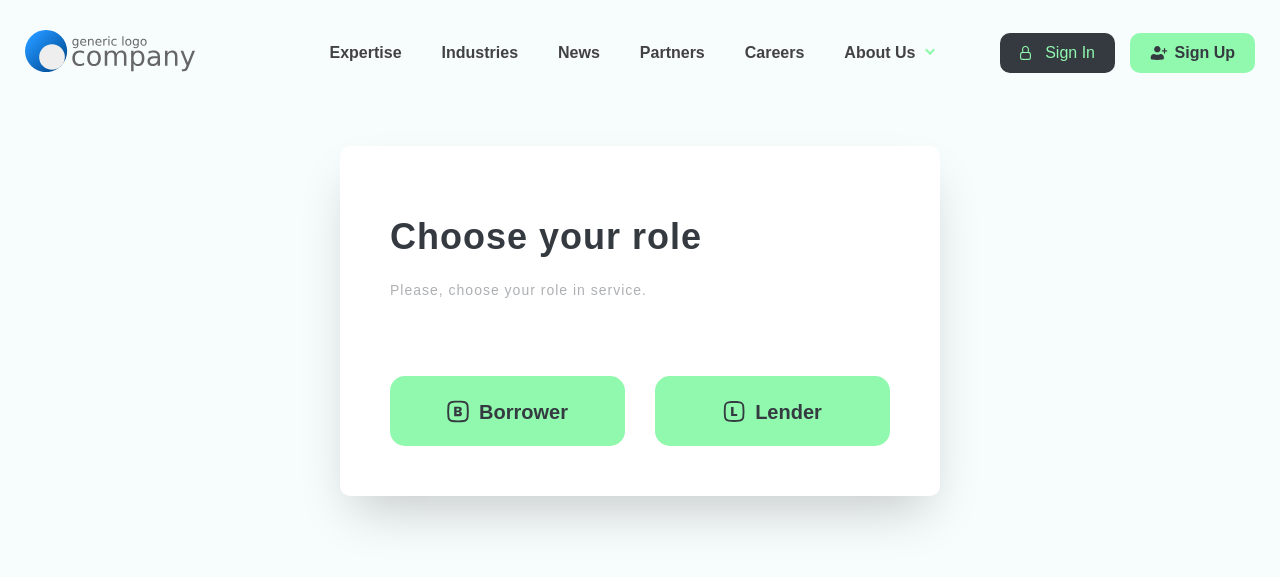
Repository: Andriy-Ma/widgetTask
Page: /
These files come from the project's save history. The page is drawn as it stood at one moment and after the next save; the edit follows.
The browser window is 1280 px wide. The pictures show the whole page.
The page's requests for data from a server got no answer. Some web fonts or font styles are not loaded; a fallback is used. The project was rebuilt for these pictures with package versions that can differ from the ones it lists, and the page was loaded fresh each time. No one was signed in, and anything a server would have sent is missing. Also part of the build but not shown: src/components/Main/SelectedRoleForm/selectedRoleForm.module.css, src/components/Main/SelectedRoleForm/selectedRoleForm.jsx, src/components/Main/AgreeForm/agreeForm.module.css, src/components/Main/AgreeForm/agreeForm.jsx.

Above is the page before, as saved 2022-08-30 16:02:55.

### public/index.html
<!DOCTYPE html>
<html lang="en">
  <head>
    <meta charset="utf-8" />
    <link rel="icon" href="%PUBLIC_URL%/favicon.ico" />
    <link rel="stylesheet" href="https://use.typekit.net/clw7fgu.css">
    <meta name="viewport" content="width=device-width, initial-scale=1">
    <link rel="stylesheet" href="https://cdnjs.cloudflare.com/ajax/libs/font-awesome/4.7.0/css/font-awesome.min.css">
    <meta name="theme-color" content="#000000" />
    <meta
      name="description"
      content="Web site created using create-react-app"
    />
    <link rel="apple-touch-icon" href="%PUBLIC_URL%/logo192.png" />
    <!--
      manifest.json provides metadata used when your web app is installed on a
      user's mobile device or desktop. See https://developers.google.com/web/fundamentals/web-app-manifest/
    -->
    <link rel="manifest" href="%PUBLIC_URL%/manifest.json" />
    <!--
      Notice the use of %PUBLIC_URL% in the tags above.
      It will be replaced with the URL of the `public` folder during the build.
      Only files inside the `public` folder can be referenced from the HTML.

      Unlike "/favicon.ico" or "favicon.ico", "%PUBLIC_URL%/favicon.ico" will
      work correctly both with client-side routing and a non-root public URL.
      Learn how to configure a non-root public URL by running `npm run build`.
    -->
    <title>React App</title>
  </head>
  <body>
    <noscript>You need to enable JavaScript to run this app.</noscript>
    <div id="root"></div>
    <!--
      This HTML file is a template.
      If you open it directly in the browser, you will see an empty page.

      You can add webfonts, meta tags, or analytics to this file.
      The build step will place the bundled scripts into the <body> tag.

      To begin the development, run `npm start` or `yarn start`.
      To create a production bundle, use `npm run build` or `yarn build`.
    -->
  </body>
</html>

### src/index.css
* {
  box-sizing: border-box;
  margin: 0;
  padding: 0;
}
body {
  font-family: 'Poppins', sans-serif;
  background-color: #f7fcfd;
  -webkit-font-smoothing: antialiased;
  -moz-osx-font-smoothing: grayscale;
}

### src/App.js
import React from 'react';
import styles from './App.module.css';
import Header from './components/Header/header';
import MainBlock from './components/Main/main';

function App() {
  return (
    <div className={styles.container}>
      <Header/>
      <MainBlock/>
    </div>
  );
}

export default App;

### src/App.module.css
.container {
    display: block;
    align-items: center;
    justify-content: center;
    padding-left: 15%;
    padding-right: 15%;
}

@media (max-width: 1800px) {
    .container {
        padding: 0% 10%;
    }
 }

@media (max-width: 1500px) {
    .container {
        padding: 0% 5%;
    }
 }
 @media (max-width: 1350px) {
    .container {
        padding: 0px 25px;
    }
 }
 @media (max-width: 1200px) {
    .container {
        padding: 0;
    }
 }

### src/components/Header/header.jsx
import React, { useState } from 'react';
import Icon from './img/logo-generic';
import {ReactComponent as Lock} from './img/lock.svg';
import {ReactComponent as SignUp} from './img/signup.svg';
import styles from './header.module.css';

function Header() {

  const [showMenu, setShowMenu] = useState(false);

  const changeShowMenu = () => {
    setShowMenu(!showMenu);
  };

  return (
    <div className={styles.header}>
        <div className={styles.logo}>
          <a href="#home">
            <Icon/>
          </a>
        </div>
        <div className={!showMenu ? styles.middleOfHeader : styles.middleOfHeaderResponsive}>
          <a href="#expertise">Expertise</a>
          <a href="#industries">Industries</a>
          <a href="#news">News</a>
          <a href="#partners">Partners</a>
          <a href="#careers">Careers</a>
          <a href="#aboutus" className={styles.aboutUs}>About Us</a>
        </div>
        <div className={styles.buttonsHeader}>
          <div className={styles.signin}>
            <Lock/>
            <p>Sign In</p>
          </div>
          <div className={styles.signup}>
            <SignUp/>
            <p>Sign Up</p>
          </div>
        </div>
        <p className={styles.icon} onClick={changeShowMenu}>
          <i className="fa fa-bars"></i>
        </p>
    </div>
  )
}

export default Header;

### src/components/Main/main.jsx
import React,{useState, useEffect} from 'react';
import styles from './main.module.css';
import ChooseForm from './ChooseForm/chooseForm';
import SelectedRoleForm from './SelectedRoleForm/selectedRoleForm';
import AgreeForm from './AgreeForm/agreeForm';

function MainBlock() {

  const [selectedRole, setSelectedRole] = useState('');
  const [showAgreeForm, setShowAgreeForm] = useState(false);
  const [initialText, setInitialText] = useState('');

  useEffect(() => {
    fetch('https://60c74df306f3160017d29000.mockapi.io/api/v1/tossource')
    .then((response) => {
      return response.json();
    })
    .then((data) => {
      const text = data.map(lorem => lorem.text);
      setInitialText(text[0]);
    });
  },[]);

  return (
    <div className={styles.container}>
        {
          !selectedRole ?
            <ChooseForm getRole={setSelectedRole}/>
          : showAgreeForm ?
            <AgreeForm
              showForm={setShowAgreeForm}
              text={initialText}
            />
          :
            <SelectedRoleForm
              role={selectedRole}
              getRole={setSelectedRole}
              showForm={setShowAgreeForm}
            />
        }
    </div>
  )
}

export default MainBlock;

### src/components/Header/img/logo-generic.jsx
import React from "react";

function Icon() {
  return (
    <svg
      xmlns="http://www.w3.org/2000/svg"
      version="1.1"
      viewBox="0 0 1425.8 353.74"
    >
      <defs>
        <linearGradient
          id="linearGradient5311"
          x1="-467.57"
          x2="-469.87"
          y1="-68.973"
          y2="488.43"
          gradientUnits="userSpaceOnUse"
        >
          <stop offset="0" stopColor="#2294fe"></stop>
          <stop offset="1" stopColor="#014f96"></stop>
        </linearGradient>
      </defs>
      <g transform="translate(364.43 8.482)">
        <g>
          <g fill="#666" transform="translate(-14.426 -21.336)">
            <path d="M145.49 192.37v19.095c-5.773-3.182-11.583-5.55-17.43-7.105a64.331 64.331 0 00-17.541-2.443c-13.248 0-23.536 4.22-30.863 12.657-7.327 8.363-10.991 20.13-10.991 35.304 0 15.172 3.663 26.977 10.991 35.415 7.327 8.363 17.615 12.545 30.863 12.545 5.92 0 11.768-.778 17.541-2.332 5.847-1.628 11.657-4.033 17.43-7.216v18.873a83.693 83.693 0 01-17.763 5.995c-6.07 1.332-12.545 1.998-19.428 1.998-18.725 0-33.601-5.884-44.629-17.652s-16.542-27.643-16.542-47.627c0-20.279 5.55-36.229 16.653-47.849 11.176-11.62 26.459-17.43 45.85-17.43 6.29 0 12.434.666 18.429 1.999a81.647 81.647 0 0117.43 5.772"></path>
            <path d="M228.98 201.92c-10.954 0-19.613 4.293-25.978 12.878-6.365 8.511-9.548 20.205-9.548 35.082 0 14.876 3.146 26.607 9.437 35.193 6.365 8.511 15.061 12.767 26.089 12.767 10.88 0 19.502-4.293 25.867-12.878 6.365-8.585 9.547-20.279 9.547-35.082 0-14.728-3.182-26.385-9.547-34.971-6.365-8.66-14.987-12.989-25.867-12.989m0-17.319c17.763 0 31.714 5.773 41.854 17.319s15.209 27.532 15.209 47.96c0 20.353-5.07 36.34-15.209 47.96-10.14 11.546-24.091 17.319-41.854 17.319-17.837 0-31.825-5.773-41.965-17.319-10.066-11.62-15.098-27.606-15.098-47.96 0-20.427 5.033-36.414 15.098-47.96 10.14-11.546 24.128-17.319 41.965-17.319"></path>
            <path d="M416.6 211.46c5.107-9.177 11.213-15.949 18.318-20.316 7.105-4.367 15.468-6.55 25.09-6.55 12.952 0 22.943 4.552 29.975 13.655 7.03 9.03 10.546 21.908 10.547 38.634v75.048h-20.538v-74.382c0-11.916-2.11-20.76-6.328-26.533-4.219-5.773-10.658-8.66-19.317-8.66-10.584 0-18.947 3.516-25.09 10.548-6.143 7.03-9.215 16.616-9.214 28.754v70.274h-20.538V237.55c0-11.99-2.11-20.834-6.328-26.533-4.22-5.773-10.732-8.66-19.54-8.66-10.435 0-18.724 3.553-24.867 10.658-6.143 7.031-9.215 16.58-9.215 28.643v70.274h-20.538v-124.34h20.538v19.317c4.663-7.623 10.251-13.248 16.764-16.875 6.513-3.626 14.247-5.44 23.203-5.44 9.03 0 16.69 2.295 22.981 6.883 6.365 4.59 11.065 11.25 14.099 19.983"></path>
            <path d="M560.7 293.28v65.945h-20.538v-171.63H560.7v18.873c4.293-7.401 9.695-12.878 16.209-16.431 6.587-3.627 14.432-5.44 23.536-5.44 15.098 0 27.347 5.995 36.747 17.985 9.473 11.99 14.21 27.755 14.21 47.294 0 19.54-4.737 35.304-14.21 47.294-9.4 11.99-21.649 17.985-36.747 17.985-9.104 0-16.949-1.776-23.536-5.329-6.513-3.626-11.916-9.14-16.209-16.542m69.497-43.408c0-15.024-3.109-26.792-9.326-35.304-6.143-8.585-14.617-12.878-25.423-12.878-10.806 0-19.317 4.293-25.534 12.878-6.143 8.512-9.214 20.28-9.214 35.304 0 15.024 3.071 26.83 9.214 35.415 6.217 8.512 14.728 12.767 25.534 12.767s19.28-4.255 25.423-12.767c6.217-8.585 9.326-20.39 9.326-35.415"></path>
            <path d="M741.77 249.43c-16.505 0-27.94 1.887-34.304 5.662-6.365 3.775-9.548 10.214-9.547 19.317 0 7.253 2.368 13.026 7.105 17.319 4.81 4.219 11.324 6.328 19.539 6.328 11.324 0 20.39-3.997 27.199-11.99 6.883-8.067 10.325-18.762 10.325-32.084v-4.552H741.77m40.744-8.437v70.94h-20.427V293.06c-4.663 7.549-10.473 13.137-17.43 16.764-6.958 3.552-15.47 5.329-25.534 5.329-12.73 0-22.87-3.553-30.42-10.658-7.475-7.18-11.212-16.764-11.212-28.754 0-13.988 4.662-24.535 13.988-31.64 9.4-7.106 23.388-10.658 41.965-10.658h28.643v-1.999c0-9.4-3.109-16.653-9.326-21.759-6.143-5.18-14.802-7.77-25.978-7.77-7.105 0-14.025.85-20.76 2.552-6.735 1.703-13.21 4.256-19.428 7.66v-18.872c7.475-2.887 14.728-5.033 21.76-6.44 7.03-1.48 13.876-2.22 20.537-2.22 17.985 0 31.418 4.663 40.3 13.988 8.88 9.326 13.321 23.462 13.321 42.41"></path>
            <path d="M928.5 236.89v75.048h-20.427v-74.382c0-11.768-2.295-20.575-6.883-26.422-4.589-5.847-11.472-8.77-20.65-8.77-11.027 0-19.723 3.515-26.088 10.547-6.365 7.03-9.548 16.616-9.548 28.754v70.274h-20.538v-124.34h20.538v19.317c4.885-7.476 10.621-13.063 17.208-16.764 6.661-3.7 14.321-5.551 22.981-5.551 14.284 0 25.09 4.44 32.417 13.322 7.327 8.807 10.991 21.797 10.991 38.967"></path>
            <path d="M1021.2 323.48c-5.773 14.802-11.398 24.461-16.875 28.976-5.477 4.515-12.804 6.772-21.981 6.772h-16.32v-17.097h11.99c5.625 0 9.992-1.332 13.1-3.996s6.55-8.956 10.325-18.873l3.664-9.326-50.291-122.34h21.648l38.856 97.252 38.856-97.252h21.648l-54.621 135.89"></path>
          </g>
          <g fill="#666" transform="translate(-416.34 -21.336)">
            <path d="M489.95 115.06c0-6.675-1.385-11.848-4.155-15.519-2.737-3.671-6.592-5.507-11.564-5.507-4.94 0-8.794 1.836-11.564 5.507-2.737 3.671-4.105 8.844-4.105 15.519 0 6.642 1.368 11.798 4.105 15.469 2.77 3.671 6.625 5.507 11.564 5.507 4.973 0 8.827-1.836 11.564-5.507 2.77-3.671 4.155-8.828 4.155-15.469m9.211 21.727c0 9.545-2.119 16.637-6.357 21.276-4.24 4.672-10.73 7.009-19.474 7.009-3.238 0-6.292-.25-9.162-.751a44.69 44.69 0 01-8.36-2.203v-8.961c2.703 1.468 5.373 2.553 8.01 3.254 2.636.7 5.323 1.051 8.06 1.051 6.04 0 10.563-1.585 13.567-4.756 3.004-3.137 4.505-7.893 4.505-14.268v-4.555c-1.902 3.304-4.338 5.774-7.309 7.409-2.97 1.635-6.524 2.453-10.663 2.453-6.875 0-12.415-2.62-16.62-7.86-4.206-5.24-6.308-12.182-6.308-20.826 0-8.677 2.102-15.636 6.307-20.876 4.206-5.24 9.746-7.86 16.621-7.86 4.139 0 7.693.818 10.663 2.454 2.97 1.635 5.407 4.105 7.31 7.409v-8.51h9.21v49.11"></path>
            <path d="M566.09 113.41v4.506h-42.352c.4 6.34 2.303 11.18 5.707 14.518 3.438 3.304 8.21 4.956 14.318 4.956 3.538 0 6.959-.434 10.263-1.302 3.337-.868 6.642-2.17 9.912-3.905v8.711a55.24 55.24 0 01-10.163 3.204 50.9 50.9 0 01-10.563 1.102c-8.944 0-16.037-2.604-21.276-7.81-5.206-5.207-7.81-12.248-7.81-21.126 0-9.178 2.47-16.454 7.41-21.827 4.973-5.407 11.664-8.11 20.075-8.11 7.542 0 13.5 2.436 17.872 7.309 4.405 4.84 6.608 11.43 6.608 19.774m-9.211-2.703c-.067-5.04-1.486-9.062-4.256-12.065-2.736-3.004-6.374-4.506-10.914-4.506-5.14 0-9.261 1.452-12.365 4.355-3.07 2.904-4.839 6.992-5.306 12.265l32.84-.05"></path>
            <path d="M627.62 109.9v33.842h-9.211v-33.541c0-5.306-1.035-9.278-3.104-11.915-2.07-2.636-5.173-3.955-9.312-3.955-4.973 0-8.894 1.585-11.765 4.756-2.87 3.17-4.305 7.493-4.305 12.966v31.689h-9.261V87.673h9.261v8.71c2.203-3.37 4.79-5.89 7.76-7.558 3.003-1.67 6.458-2.503 10.363-2.504 6.44 0 11.314 2.003 14.618 6.008 3.304 3.971 4.956 9.829 4.956 17.572"></path>
            <path d="M694.05 113.41v4.506h-42.352c.4 6.34 2.303 11.18 5.707 14.518 3.438 3.304 8.21 4.956 14.318 4.956 3.538 0 6.959-.434 10.263-1.302 3.337-.868 6.642-2.17 9.912-3.905v8.711a55.24 55.24 0 01-10.163 3.204 50.9 50.9 0 01-10.563 1.102c-8.944 0-16.037-2.604-21.276-7.81-5.206-5.207-7.81-12.248-7.81-21.126 0-9.178 2.47-16.454 7.41-21.827 4.973-5.407 11.664-8.11 20.075-8.11 7.543 0 13.5 2.436 17.872 7.309 4.405 4.84 6.608 11.43 6.608 19.774m-9.211-2.703c-.067-5.04-1.486-9.062-4.256-12.065-2.736-3.004-6.374-4.506-10.913-4.506-5.14 0-9.261 1.452-12.365 4.355-3.07 2.904-4.839 6.992-5.306 12.265l32.84-.05"></path>
            <path d="M741.46 96.286a11.624 11.624 0 00-3.404-1.302c-1.202-.3-2.537-.45-4.005-.45-5.207 0-9.212 1.702-12.015 5.106-2.77 3.371-4.155 8.227-4.155 14.568v29.537h-9.262V87.676h9.262v8.71c1.935-3.403 4.455-5.923 7.56-7.558 3.103-1.67 6.874-2.503 11.313-2.503.634 0 1.335.05 2.103.15.767.067 1.618.183 2.553.35l.05 9.462"></path>
            <path d="M751.22 87.676h9.211v56.069h-9.211V87.676m0-21.827h9.211v11.664h-9.211V65.849"></path>
            <path d="M820.01 89.828v8.61c-2.603-1.434-5.223-2.502-7.86-3.203a29.012 29.012 0 00-7.91-1.102c-5.974 0-10.613 1.903-13.917 5.707-3.304 3.772-4.956 9.078-4.956 15.92 0 6.842 1.652 12.165 4.957 15.97 3.304 3.772 7.943 5.657 13.917 5.657 2.67 0 5.306-.35 7.91-1.051 2.636-.734 5.256-1.819 7.859-3.254v8.51a37.736 37.736 0 01-8.01 2.704c-2.737.6-5.657.9-8.76.9-8.445 0-15.153-2.652-20.126-7.959-4.973-5.306-7.459-12.465-7.459-21.477 0-9.144 2.503-16.337 7.51-21.577 5.039-5.24 11.93-7.86 20.675-7.86 2.837 0 5.607.3 8.31.902a36.82 36.82 0 017.86 2.603"></path>
            <path d="M868.57 65.849h9.211v77.896h-9.211V65.849"></path>
            <path d="M918.73 94.134c-4.94 0-8.844 1.936-11.714 5.807-2.87 3.838-4.305 9.111-4.305 15.82s1.418 11.998 4.255 15.87c2.87 3.838 6.792 5.757 11.765 5.757 4.906 0 8.794-1.935 11.664-5.807 2.87-3.871 4.305-9.144 4.305-15.82 0-6.641-1.435-11.898-4.305-15.769-2.87-3.905-6.758-5.857-11.664-5.857m0-7.81c8.01 0 14.301 2.604 18.873 7.81 4.572 5.206 6.858 12.415 6.859 21.627 0 9.178-2.287 16.387-6.859 21.627-4.572 5.206-10.863 7.81-18.873 7.81-8.043 0-14.351-2.604-18.923-7.81-4.539-5.24-6.808-12.45-6.808-21.627 0-9.211 2.27-16.42 6.808-21.627 4.572-5.206 10.88-7.81 18.923-7.81"></path>
            <path d="M996.58 115.06c0-6.675-1.385-11.848-4.155-15.519-2.737-3.671-6.592-5.507-11.564-5.507-4.94 0-8.794 1.836-11.564 5.507-2.737 3.671-4.105 8.844-4.105 15.519 0 6.642 1.368 11.798 4.105 15.469 2.77 3.671 6.625 5.507 11.564 5.507 4.973 0 8.828-1.836 11.564-5.507 2.77-3.671 4.155-8.828 4.155-15.469m9.211 21.727c0 9.545-2.119 16.637-6.357 21.276-4.24 4.672-10.73 7.009-19.474 7.009-3.238 0-6.292-.25-9.162-.751a44.69 44.69 0 01-8.36-2.203v-8.961c2.703 1.468 5.373 2.553 8.01 3.254 2.636.7 5.323 1.051 8.06 1.051 6.04 0 10.563-1.585 13.567-4.756 3.003-3.137 4.505-7.893 4.505-14.268v-4.555c-1.902 3.304-4.338 5.774-7.309 7.409-2.97 1.635-6.524 2.453-10.663 2.453-6.875 0-12.415-2.62-16.62-7.86-4.206-5.24-6.308-12.182-6.308-20.826 0-8.677 2.102-15.636 6.307-20.876 4.206-5.24 9.746-7.86 16.621-7.86 4.139 0 7.693.818 10.663 2.454 2.97 1.635 5.407 4.105 7.31 7.409v-8.51h9.21v49.11"></path>
            <path d="M1046.5 94.134c-4.94 0-8.844 1.936-11.714 5.807-2.87 3.838-4.305 9.111-4.305 15.82s1.418 11.998 4.255 15.87c2.87 3.838 6.792 5.757 11.765 5.757 4.906 0 8.794-1.935 11.664-5.807 2.87-3.871 4.305-9.144 4.305-15.82 0-6.641-1.435-11.898-4.305-15.769-2.87-3.905-6.758-5.857-11.664-5.857m0-7.81c8.01 0 14.3 2.604 18.873 7.81 4.572 5.206 6.858 12.415 6.858 21.627 0 9.178-2.286 16.387-6.858 21.627-4.572 5.206-10.864 7.81-18.873 7.81-8.043 0-14.351-2.604-18.924-7.81-4.539-5.24-6.808-12.45-6.808-21.627 0-9.211 2.269-16.42 6.808-21.627 4.572-5.206 10.88-7.81 18.924-7.81"></path>
          </g>
          <g transform="rotate(-45 269.773 885.347) scale(.61927)">
            <path
              fill="url(#linearGradient5311)"
              d="M-184.26 202.82c0 157.74-127.87 285.61-285.61 285.61s-285.61-127.87-285.61-285.61S-627.61-82.79-469.87-82.79s285.61 127.87 285.61 285.61z"
              transform="translate(1202 -114.01)"
            ></path>
            <path
              fill="#eee"
              d="M-184.26 202.82c0 157.74-127.87 285.61-285.61 285.61s-285.61-127.87-285.61-285.61S-627.61-82.79-469.87-82.79s285.61 127.87 285.61 285.61z"
              transform="translate(1018.2 79.03) scale(.60887)"
            ></path>
          </g>
        </g>
      </g>
    </svg>
  );
}

export default Icon;

### src/components/Header/header.module.css
.logo {
    display: block;
    min-width: 170px;
}
.header {
    display: flex;
    justify-content: space-between;
    align-items: center;
    padding-top: 30px;
}
.middleOfHeader {
    display: flex;
    justify-content: space-between;
    align-items: center;
    text-decoration: none;
}
.middleOfHeader a {
    display: block;
    color: #424242;
    text-align: center;
    padding: 0px 25px;
    text-decoration: none;
    font-size: 16px;
    font-weight: 600;
}
.icon{
    display: none;
    transform: scale(1.5);
}
.middleOfHeader a:hover {
    color: #1b1a1a;
}
.aboutUs{
    position: relative;
}
.aboutUs::after{
    content: '';
    border-left: 2px solid #90F9AD;
    border-top: 2px solid #90F9AD;
    width: 5px;
    height: 5px;
    float: right;
    transform: translate(50%, -50%) rotate(-135deg);
    position: absolute;
    top: 6px;
    right: 10px;
}
.buttonsHeader {
    display: flex;
    justify-content: space-between;
    align-items: center;
}
.buttonsHeader:hover {
    cursor: pointer;
}
.signin {
    display: flex;
    justify-content: space-between;
    align-items: center;
    color: #90F9AD;
    background-color: #343A40;
    font-weight: 500;
    padding: 0px 20px;
    border-radius: 10px;
    width: 115px;
    height: 40px;
    margin-right: 15px;
}
.signin:hover {
    background-color: #252a2e;
}
.signup {
    display: flex;
    justify-content: space-between;
    align-items: center;
    color: #343A40;
    background-color: #90F9AD;
    font-weight: 600;
    padding: 0px 20px;
    border-radius: 10px;
    width: 125px;
    height: 40px;
}
.signup:hover {
    background-color: #3df370;
}
@media screen and (max-width: 1300px) {
    .middleOfHeader {
        margin-left: 50px;
    }
    .middleOfHeader a {
        padding: 0px 20px;
    }
    .aboutUs::after{
        right: 5px;
    }
 }

 @media screen and (max-width: 1200px) {
    .middleOfHeader a {display: none;}
    .buttonsHeader{
        display: none;
    }
    .header {
        padding-top: 30px;
        background-color: #56d85f31;
        padding: 30px 15%;
    }
    .icon{
        display: block;
        color: #343A40;
    }
    .icon:hover {
        cursor: pointer;
    }
  }
@media screen and (max-width: 1200px) {
    .middleOfHeaderResponsive {
        position: absolute;
        z-index: 99;
        width: 100%;
        top:106px;
        left: 0;
        height: calc(100vh - 107px);
        background-color: #72e47a;
        display: flex;
        flex-direction: column;
        justify-content: center;
    }
    .middleOfHeaderResponsive a {
      display: block;
      color: #424242;
      text-align: center;
      padding: 25px 25px;
      text-decoration: none;
      font-size: 22px;
      font-weight: 600;
      border-bottom: solid 1px #1085319f;
    }
    .middleOfHeaderResponsive a:first-child {
        border-top: solid 1px #10853194;
    }
    .middleOfHeaderResponsive a:hover {
        background-color: #2cc756ba;
    }
  }

### src/components/Main/main.module.css
.container{
    width: 100%;
    display: flex;
    justify-content: center;
}

### src/components/Main/ChooseForm/chooseForm.jsx
import React from 'react';
import styles from './chooseForm.module.css';
import {ReactComponent as Borrower} from '../img/borrower.svg';
import {ReactComponent as Lender} from '../img/lender.svg';

const roles = ['Borrower', 'Lender'];

function ChooseForm({getRole}) {

  return (
    <>
    <div className={styles.form}>
      <div>
        <p className={styles.mainText}>Choose your role</p>
        <p className={styles.underText}>Please, choose your role in service.</p>
      </div>
      <div className={styles.buttonsChooseForm}>
      {
        roles.map(role =>
            <div className={styles.role} key={role} onClick={() => getRole(role)}>
              {role === 'Borrower' ? <Borrower/> : <Lender/>}
              <p className={styles.buttonText}>{role}</p>
            </div>
        )
      }
      </div>
    </div>

    </>
  )
}

export default ChooseForm;

### src/components/Main/ChooseForm/chooseForm.module.css
.form{
    width: 600px;
    height: 350px;
    padding: 50px;
    background-color: #fff;
    margin-top: 70px;
    border-radius: 10px;
    box-shadow: 0px 25px 49px -12px rgba(0,0,0,0.2);
    display: flex;
    flex-direction: column;
    justify-content: space-between;
}
.agreeForm{
    width: 600px;
    height: 700px;
    padding: 50px;
    background-color: #fff;
    margin-top: 70px;
    border-radius: 10px;
    box-shadow: 0px 25px 49px -12px rgba(0,0,0,0.2);
    display: flex;
    flex-direction: column;
    position: relative;
}
.mainText{
    margin-top: 20px;
    font-size: 36px;
    font-weight: 800;
    color: #343A40;
    letter-spacing: 1px;
}
.underText{
    margin-top: 20px;
    font-size: 14px;
    font-weight: 500;
    color: #343A40;
    opacity: .4;
    letter-spacing: 1px;
    line-height: 25px;
}
.buttonsChooseForm {
    display: flex;
    justify-content: space-between;
    align-items: center;
    font-size: 20px;
}
.buttonsChooseForm:hover {
    cursor: pointer;
}
.role {
    display: flex;
    justify-content: center;
    align-items: center;
    color: #343A40;
    background-color: #90F9AD;
    font-weight: 800;
    padding: 0px 20px;
    border-radius: 15px;
    width: 47%;
    height: 70px;
}
.role:hover {
    background-color: #3df370;
}
.buttonText{
    padding-top: 3px;
    padding-left: 10px;
}
.check {
    display: flex;
    justify-content: center;
    align-items: center;
    color: #fff;
    background-color: #343A40;
    opacity: .2;
    font-weight: 800;
    padding: 0px 15px;
    margin-top: 50px;
    border-radius: 15px;
    width: 30%;
    height: 60px;
}
.check:hover {
    background-color: #3df370;
}
.checkActive {
    display: flex;
    justify-content: center;
    align-items: center;
    color: #343A40;
    background-color: #90F9AD;
    font-weight: 800;
    padding: 0px 15px;
    margin-top: 50px;
    border-radius: 15px;
    width: 30%;
    height: 60px;
}
.checkActive:hover {
    background-color: #3df370;
}
.checkText{
    padding-top: 3px;
    padding-left: 10px;
}
.checkIcon{
    fill: #fff;
}
.cancelButton{
    display: flex;
    justify-content: center;
    align-items: center;
    color: #343A40;
    background-color: #f2f2f2a9;
    font-weight: 800;
    padding: 0px 20px;
    border-radius: 15px;
    width: 30%;
    height: 70px;
}
.closeButton{
    position: absolute;
    top: 25px;
    right: 25px;
    transform: scale(1.3);
}
.closeButton:hover{
    fill: rgb(185, 36, 36);
    cursor: pointer;
}
.scrollText{
    height: 300px;
    margin-top: 50px;
    overflow-Y: auto;
    padding-right: 20px;
    width: '100%';
    position: relative;
}
.scrollText::-webkit-scrollbar{
    width: 5px;
}
.scrollText::-webkit-scrollbar-thumb{
    background: #90F9AD;
    border-radius: 5px;
}
.scrollText::-webkit-scrollbar-thumb:hover{
    background: #3df370;

}
.scroll{
    position: relative;
}
.scroll::after {
    content: '';
    position: absolute;
    bottom: 0;
    width: 400px;
    height: 50px;
    background: linear-gradient(rgba(255, 255, 255, 0.001), white); /* transparent keyword is broken in Safari */
}

Loaded but not shown: src/index.js (common file)

After the next save:
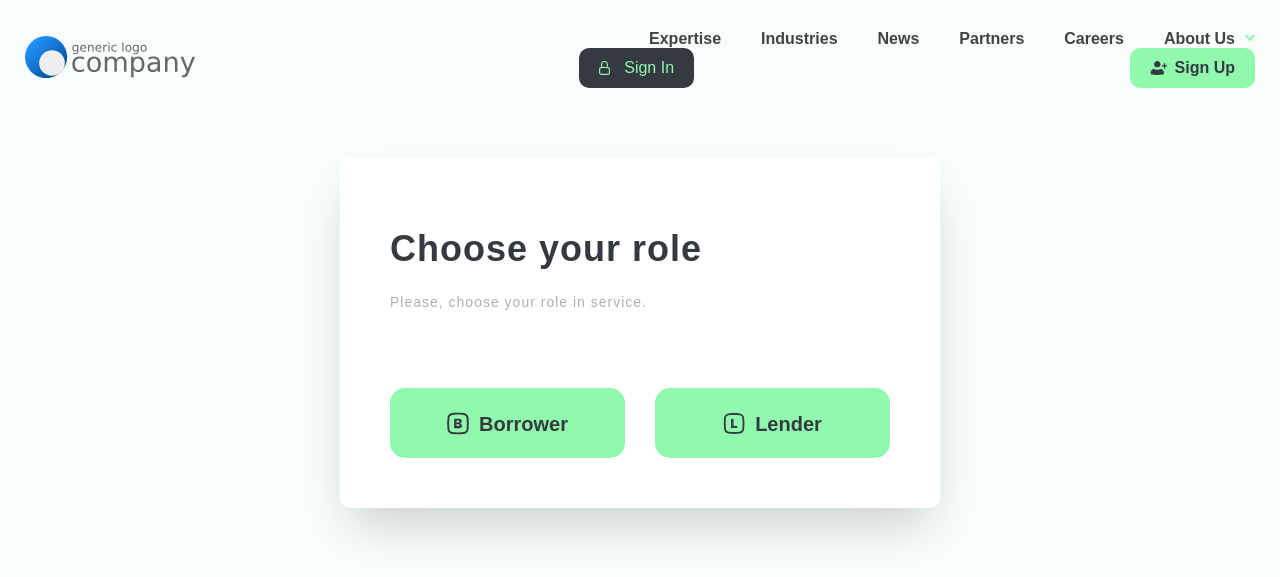
Saved 85 s later.
--- a/src/components/Header/header.jsx
+++ b/src/components/Header/header.jsx
@@ -19,22 +19,24 @@ function Header() {
             <Icon/>
           </a>
         </div>
-        <div className={!showMenu ? styles.middleOfHeader : styles.middleOfHeaderResponsive}>
-          <a href="#expertise">Expertise</a>
-          <a href="#industries">Industries</a>
-          <a href="#news">News</a>
-          <a href="#partners">Partners</a>
-          <a href="#careers">Careers</a>
-          <a href="#aboutus" className={styles.aboutUs}>About Us</a>
-        </div>
-        <div className={styles.buttonsHeader}>
-          <div className={styles.signin}>
-            <Lock/>
-            <p>Sign In</p>
+        <div className={showMenu && styles.middleOfHeaderResponsive}>
+          <div className={ styles.middleOfHeader }>
+            <a href="#expertise">Expertise</a>
+            <a href="#industries">Industries</a>
+            <a href="#news">News</a>
+            <a href="#partners">Partners</a>
+            <a href="#careers">Careers</a>
+            <a href="#aboutus" className={styles.aboutUs}>About Us</a>
           </div>
-          <div className={styles.signup}>
-            <SignUp/>
-            <p>Sign Up</p>
+          <div className={styles.buttonsHeader}>
+            <div className={styles.signin}>
+              <Lock/>
+              <p>Sign In</p>
+            </div>
+            <div className={styles.signup}>
+              <SignUp/>
+              <p>Sign Up</p>
+            </div>
           </div>
         </div>
         <p className={styles.icon} onClick={changeShowMenu}>
